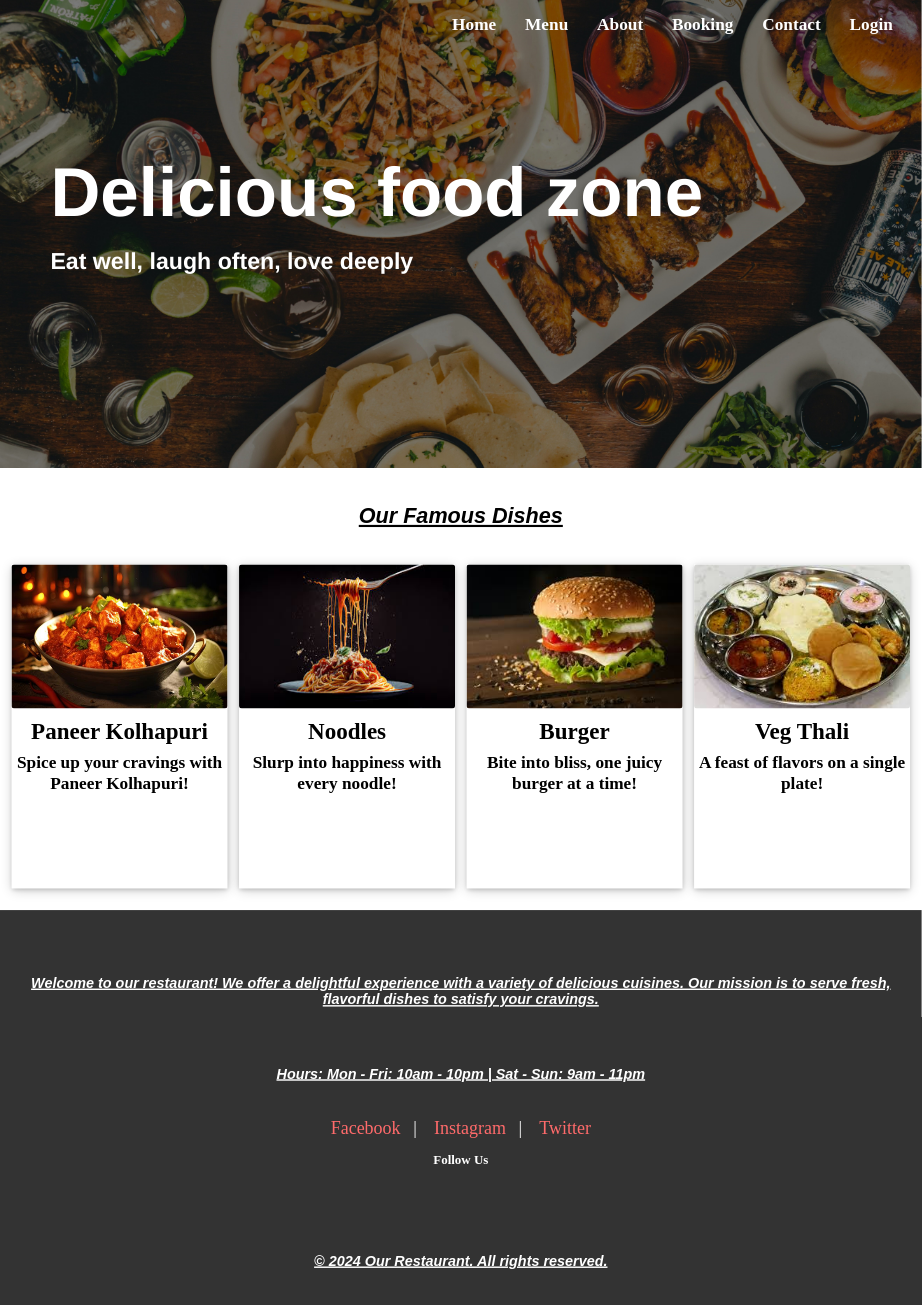
Repository: Shreya-Bonde/Restaurant-management-system
Page: index.html
The author's editor kept a copy of each file at every save. The page is drawn from the files as they stood at one save, then again after the next save.
The browser window is 1280 px wide. The pictures show the whole page, at 72% of full size.

Above is the page before, as saved 2024-10-10 14:51:36.

### index.html
<!DOCTYPE html>
<html lang="en">
<head>
    <meta charset="UTF-8">
    <meta name="viewport" content="width=device-width, initial-scale=1.0">
    <title>Document</title>
    <link rel="stylesheet" href="style.css">
</head>
<body>
    <header>
        <div class="banner-container">
                <nav class="navbar">
                    <ul>
                        <li><a href="#home">Home</a></li>
                        <li><a href="#menu">Menu</a></li>
                        <li><a href="/about.html">About</a></li>
                        <li><a href="/booking.html">Booking</a></li>
                        <li><a href="/contact.html">Contact</a></li>
                        <li><a href="/login.html">Login</a></li>
                    </ul>
                </nav>
                <div class="centered-text">
                    <h1>Delicious food zone</h1>
                    <h6>Eat well, laugh often, love deeply</h6>
                </div>
         </div>
    </header>
        <p>Our Famous Dishes</p>
        <div class="Flex">
            <div class="flex-item fitem1">
                <img src="paneer kolhapuri.jpg" alt="">
                <h1>Paneer Kolhapuri</h1>
                <h2>Spice up your cravings with Paneer Kolhapuri!</h2>
            </div>
            <div class="flex-item fitem2">
                <img src="noodles1.jpg" alt="">
                <h1>Noodles</h1>
                <h2>Slurp into happiness with every noodle!</h2>
            </div>
            <div class="flex-item fitem3">
                <img src="burger.jpg" alt="">
                <h1>Burger</h1>
                <h2>Bite into bliss, one juicy burger at a time!</h2>
            </div>
            <div class="flex-item fitem4">
                <img src="veg thali.jpg" alt="">
                <h1>Veg Thali</h1>
                <h2>A feast of flavors on a single plate!</h2>
            </div>
        </div>

    <footer>
        <div>
            <div class="footer-section">
                <p>
                    Welcome to our restaurant! We offer a delightful experience with a variety of delicious cuisines.
                    Our mission is to serve fresh, flavorful dishes to satisfy your cravings.
                </p>
                <p>Hours: Mon - Fri: 10am - 10pm | Sat - Sun: 9am - 11pm</p>
            </div>


            <div class="social-media">
                <div class="sm-handle">
                    <a href="#" target="_blank" class="yt_handle"
                     rel="noopener noreferrer"> <i class="fa fa-youtube fa-lg yt_handle"></i>Facebook</a>&nbsp;&nbsp;|&nbsp;&nbsp;
                    <a href="#" target="_blank" class="linkedin_handle"
                    rel="noopener noreferrer"> <i class="fa fa-linkedin fa-lg linkedin_handle"></i>Instagram</a>&nbsp;&nbsp;|&nbsp;&nbsp;
                    <a href="#" target="_blank" class="insta_handle"
                    rel="noopener noreferrer"> <i class="fa fa-instagram fa-lg insta_handle"></i>Twitter</a>

                    <div class="footer-section social">
                        <h2>Follow Us</h2>
                        <div class="social-icons">
                          <a href="#"><i class="fab fa-facebook"></i></a>
                          <a href="#"><i class="fab fa-twitter"></i></a>
                          <a href="#"><i class="fab fa-instagram"></i></a>
                          <a href="#"><i class="fab fa-tripadvisor"></i></a>
                        </div>
                      </div>
                    <p class="footer-botton">&copy; 2024 Our Restaurant. All rights reserved.</p>


            </div>
        </div>
    </footer>
</body>
</html>

### style.css
* {
    box-sizing: border-box;
    margin: 0;
    padding: 0;
}
.banner-container {
    background-image: url(background1.jpg);
    background-repeat: no-repeat;
    background-size: cover;
    position: relative;
    width: 100%;
    height: 650px;
}
.navbar {
    position: absolute;
    top: 0;
    right: 0;
    padding: 20px;
}
.centered-text {
    position: absolute;
    top: 30%;
    left: 70px;
    color: white;
    line-height: 1.5;
    font-weight: bold;
    font-size: 3rem;
    font-family: 'Franklin Gothic Medium', 'Arial Narrow', Arial, sans-serif;
}
h6 {
    justify-content: center;
    margin-bottom: 20px;
}
nav ul {
    list-style-type: none;
    margin: 0;
    padding: 0;
    display: flex;
    justify-content: right;
    font-size: 1.5rem;
}
nav ul li {
    margin: 0 20px;
}
nav ul li a {
    color: white;
    text-decoration: none;
    font-weight: bold;
}
nav ul li a:hover {
    text-decoration: underline;
}
.Flex {
    width: 100%;
    display: flex;
    flex-wrap: wrap;
    box-sizing: gray;
    align-items: center;
    justify-content: space-evenly;
}
.flex-item {
    box-shadow: 0 2px 6px 0 rgba(0,0,0,0.2), 0 4px 16px 0 rgba(0,0,0,0.2);
    margin: 0;
    padding: 0;
}
.flex-item img {
 width: 100%;
 object-fit: fill;
}
.flex-item {
    margin-top: 20px;
    margin-bottom: 30px;
    display: inline-block;
    background-color: white;
    width: 300px;
    height: 450px;
    text-align: center;
}
.flex-item:hover {
    transform: scale(1.05);
}
img {
    width: 100%;
    height: 200px;
    object-fit: fill;
    border-radius: 4px;
}
p {
    text-align: center;
    font-size: 30px;
    font-weight: bold;
    font-style: oblique;
    font-family: Arial, Helvetica, sans-serif;
    padding: 50px 20px 30px;
    text-decoration: underline;
}
.flex-item h2 {
    line-height: 1.2;
}
.flex-item h1 {
    padding-top: 10px;
    padding-bottom: 10px;
}
footer {
    text-align: center;
    padding: 20px 0;
    background-color: #333;
    color: #fff;
    width: 100%;
    font-size: 25px;
}
.footer-content {
    padding: 10px 0;
}
.footer-content a:hover {
    text-decoration: underline;
}
.footer-section {
    min-width: 250px;
    margin: 20px;
}
.footer-section h2 {
    font-size: 18px;
    margin-bottom: 20px;
}
.social-media {
    color: white;
    margin-top: 10px;
}
footer a {
    color: #ff6b6b;
    text-decoration: none;
    margin: 0 5px;
}
footer a:hover {
    text-decoration: underline;
}
footer p {
    font-size: 20px;
}

After the next save:
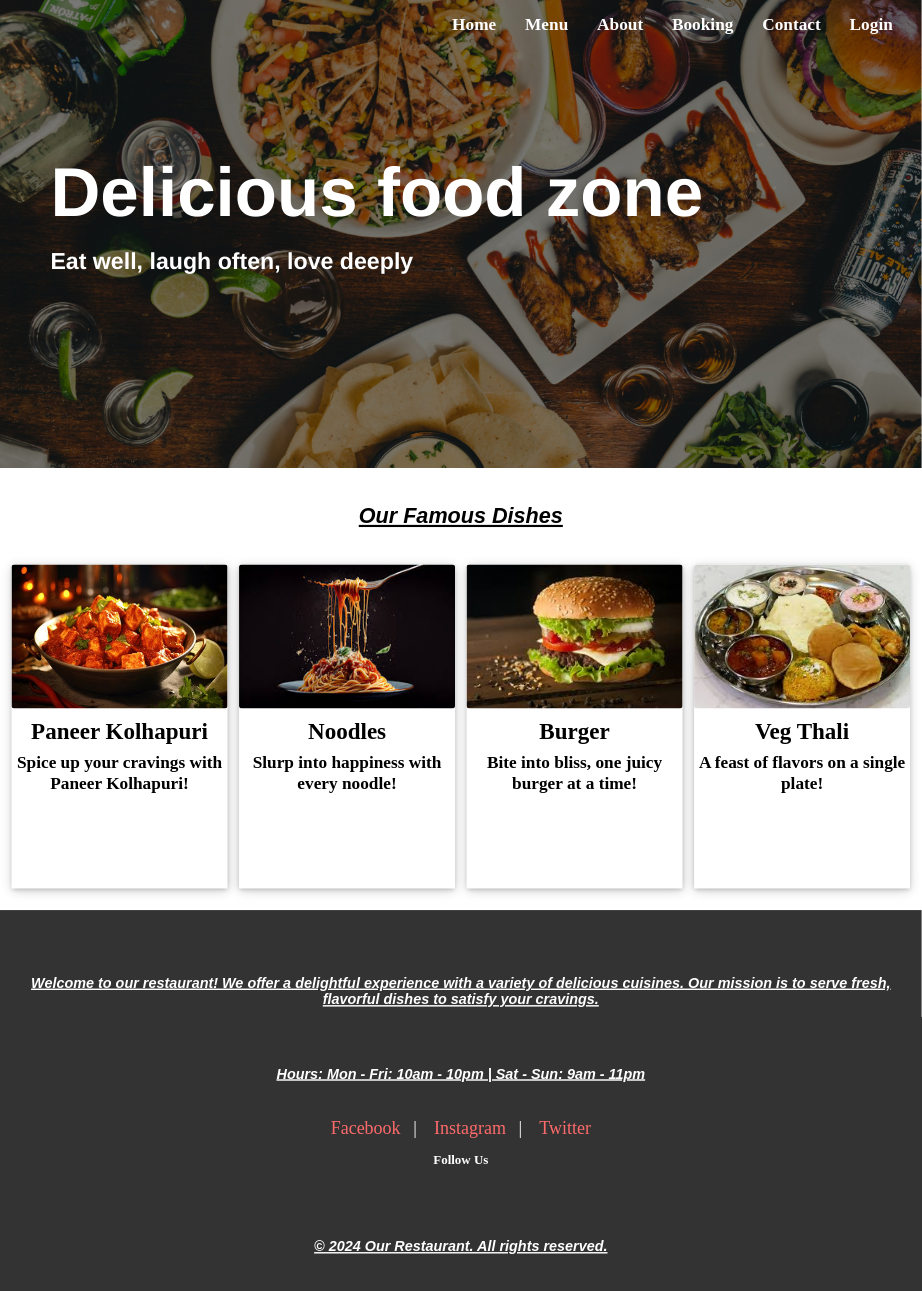
Saved 17 s later.
--- a/style.css
+++ b/style.css
@@ -121,7 +121,6 @@ footer {
 }
 .footer-section h2 {
     font-size: 18px;
-    margin-bottom: 20px;
 }
 .social-media {
     color: white;
